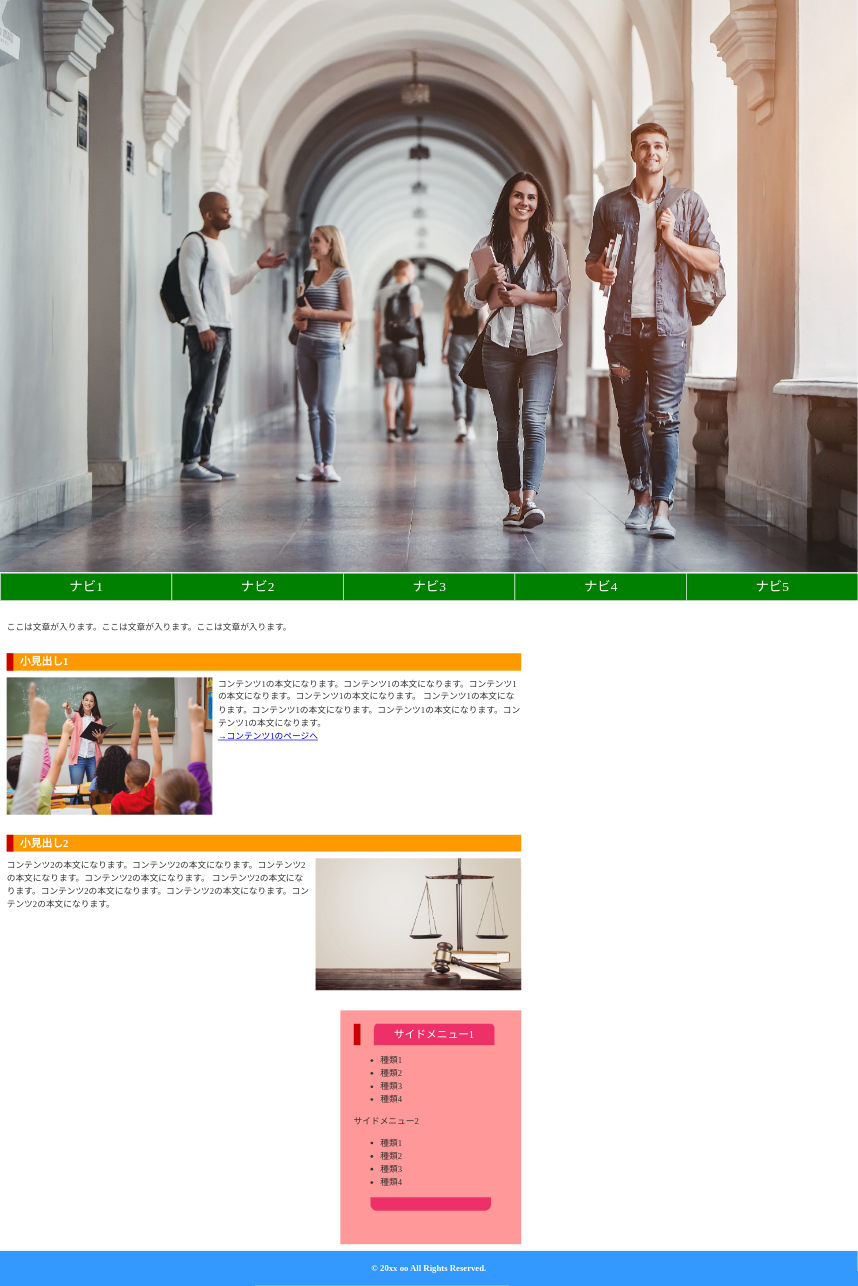
Repository: BenBen-san/Typing-Game
Page: 2nd Trial/home2.html
The author's editor kept a record of every edit. The page is drawn from the files as they stood at one moment, then again after the next edit.
The browser window is 1280 px wide. The pictures show the whole page, at 67% of full size.

Above is the page before.

After the next edit:
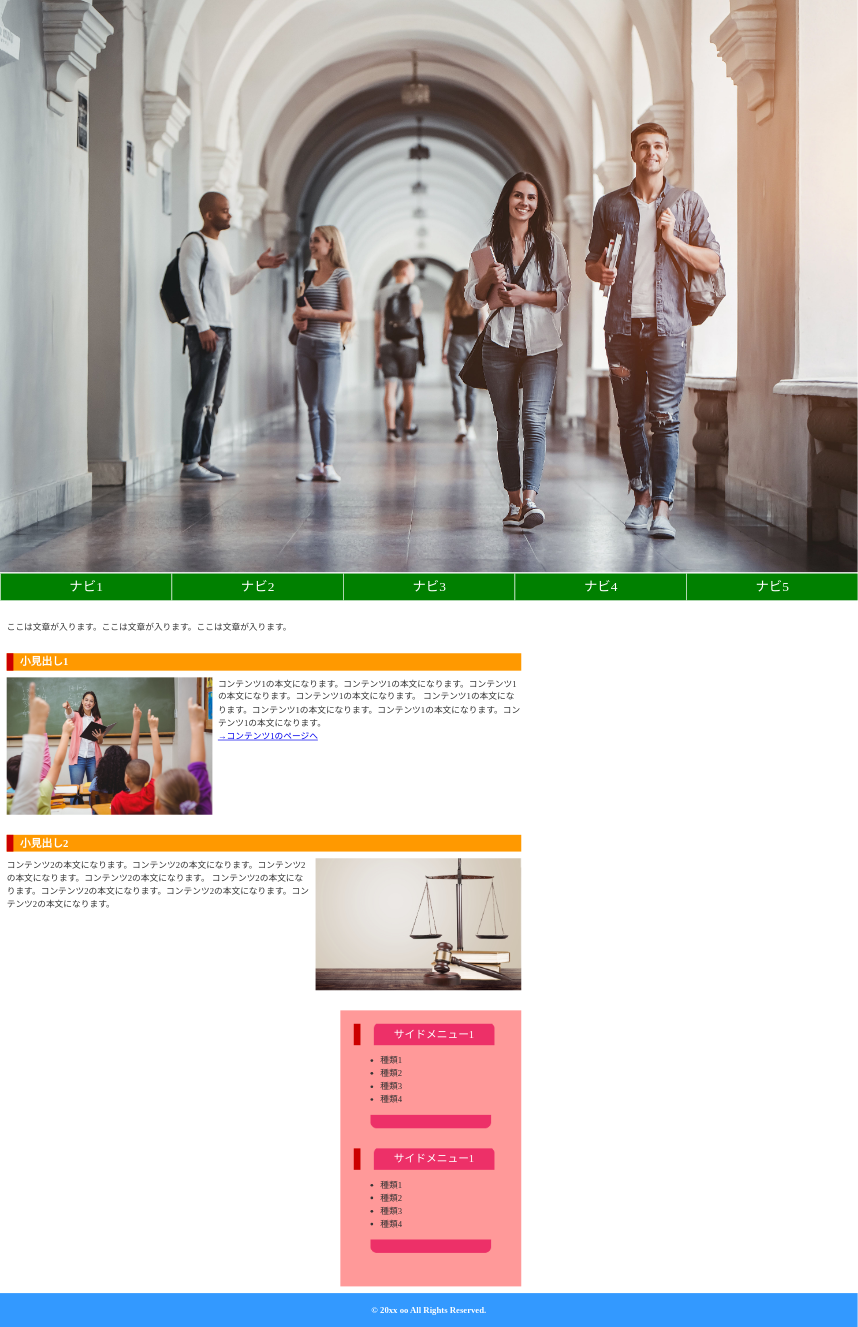
The edit:
--- a/2nd Trial/home2.html
+++ b/2nd Trial/home2.html
@@ -52,23 +52,23 @@
                             <h2>サイドメニュー1</h2>
                             <div class="box-body">
                                 <ul>
-                                    <li class=type>種類1</li>
-                                    <li class=type>種類2</li>
-                                    <li class=type>種類3</li>
-                                    <li class=type>種類4</li>
-                            </ul>
-                            <div class="under-box"></div>
+                                    <li>種類1</li>
+                                    <li>種類2</li>
+                                    <li>種類3</li>
+                                    <li>種類4</li>
+                                </ul>
+                            </div>
                         </div>
-
-                        <div class="sidemenu2">
-                            <p>サイドメニュー2<p>
-                            <ul class="menulist">
-                                <li class=type>種類1</li>
-                                <li class=type>種類2</li>
-                                <li class=type>種類3</li>
-                                <li class=type>種類4</li>
-                            </ul>
-                            <div class="under-box"></div>
+                        <div class="box">
+                            <h2>サイドメニュー1</h2>
+                            <div class="box-body">
+                                <ul>
+                                    <li>種類1</li>
+                                    <li>種類2</li>
+                                    <li>種類3</li>
+                                    <li>種類4</li>
+                                </ul>
+                            </div>
                         </div>
                     </div>
                 </div>
